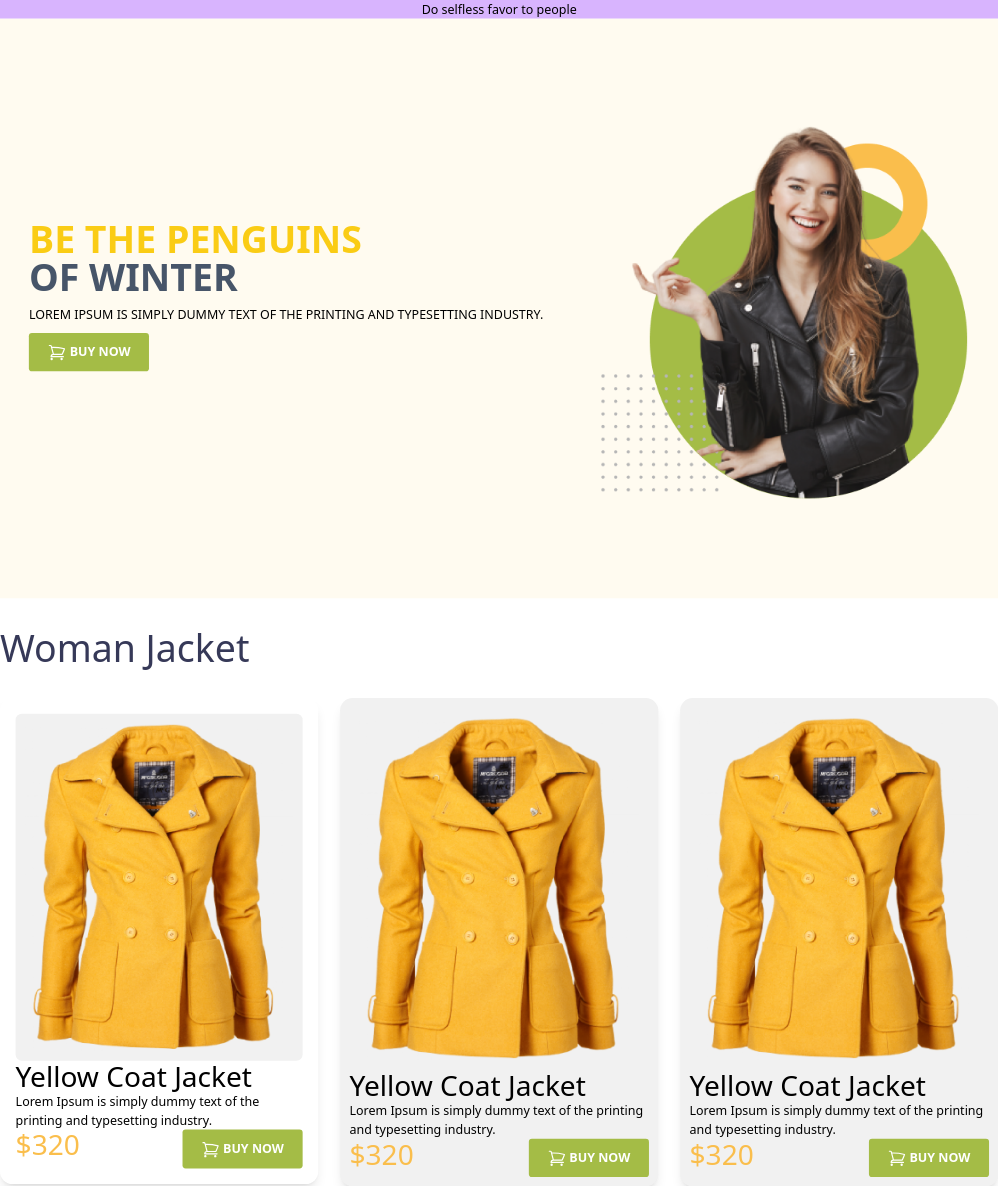
Repository: zjria/penguin-e-commerce-fashion
Page: index.html
An editor plug-in stored every save of this project. The page is shown before and after the next save, followed by the edit.
The browser window is 1280 px wide. The pictures show the whole page, at 78% of full size.
Some web libraries are served in a nearby version.

Above is the page before, as saved 2022-10-07 08:09:17.

After the next save:
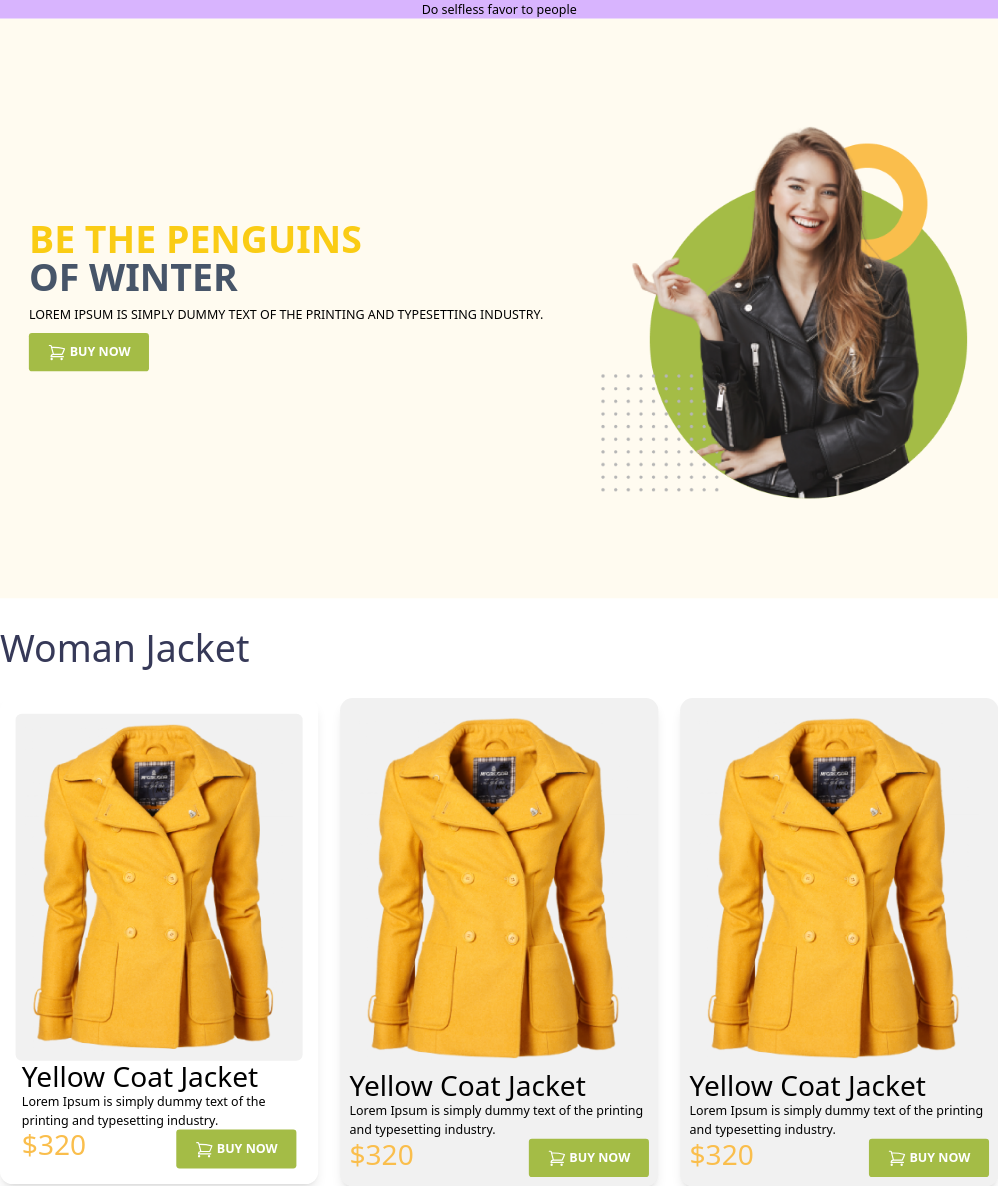
Saved 21 min 58 s later.
--- a/index.html
+++ b/index.html
@@ -70,19 +70,21 @@
                         <div class="p-3 bg-card_bg rounded-lg">
                             <img src="images/jacket-1.png" alt="">
                         </div>
-                        <h3 class="text-4xl">Yellow Coat Jacket</h3>
-                        <p>Lorem Ipsum is simply dummy text of the
-                            printing and typesetting industry.</p>
-                        <div class="flex justify-between">
-                            <h3 class="text-4xl text-price_color">$320</h3>
-                            <button
-                                class="uppercase bg-[#A4BC46] py-3 px-6 text-white font-semibold rounded font-anther_text">
-                                <svg xmlns="http://www.w3.org/2000/svg" fill="none" viewBox="0 0 24 24"
-                                    stroke-width="1.5" stroke="currentColor" class="w-6 h-6 inline text-white">
-                                    <path stroke-linecap="round" stroke-linejoin="round"
-                                        d="M2.25 3h1.386c.51 0 .955.343 1.087.835l.383 1.437M7.5 14.25a3 3 0 00-3 3h15.75m-12.75-3h11.218c1.121-2.3 2.1-4.684 2.924-7.138a60.114 60.114 0 00-16.536-1.84M7.5 14.25L5.106 5.272M6 20.25a.75.75 0 11-1.5 0 .75.75 0 011.5 0zm12.75 0a.75.75 0 11-1.5 0 .75.75 0 011.5 0z" />
-                                </svg>
-                                Buy Now</button>
+                        <div class="px-2">
+                            <h3 class="text-4xl">Yellow Coat Jacket</h3>
+                            <p>Lorem Ipsum is simply dummy text of the
+                                printing and typesetting industry.</p>
+                            <div class="flex justify-between">
+                                <h3 class="text-4xl text-price_color">$320</h3>
+                                <button
+                                    class="uppercase bg-[#A4BC46] py-3 px-6 text-white font-semibold rounded font-anther_text">
+                                    <svg xmlns="http://www.w3.org/2000/svg" fill="none" viewBox="0 0 24 24"
+                                        stroke-width="1.5" stroke="currentColor" class="w-6 h-6 inline text-white">
+                                        <path stroke-linecap="round" stroke-linejoin="round"
+                                            d="M2.25 3h1.386c.51 0 .955.343 1.087.835l.383 1.437M7.5 14.25a3 3 0 00-3 3h15.75m-12.75-3h11.218c1.121-2.3 2.1-4.684 2.924-7.138a60.114 60.114 0 00-16.536-1.84M7.5 14.25L5.106 5.272M6 20.25a.75.75 0 11-1.5 0 .75.75 0 011.5 0zm12.75 0a.75.75 0 11-1.5 0 .75.75 0 011.5 0z" />
+                                    </svg>
+                                    Buy Now</button>
+                            </div>
                         </div>
                     </div>
                 </div>
